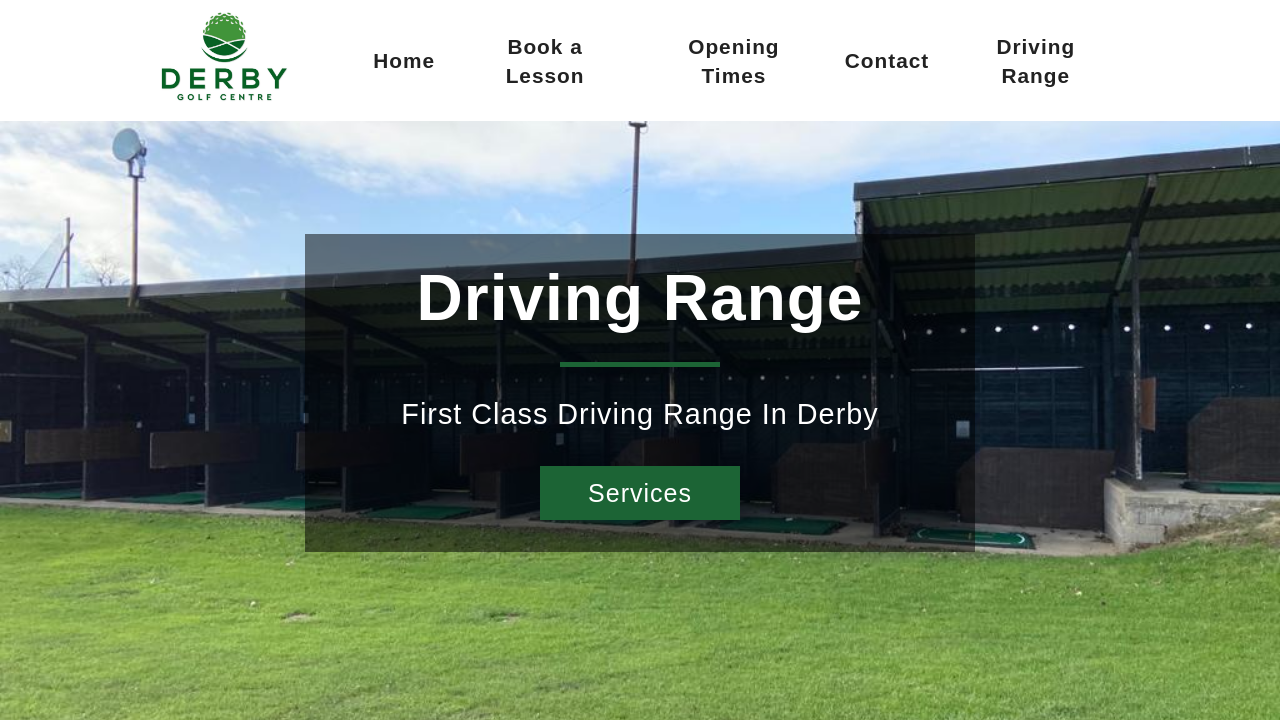
Repository: frankinstyyn/nigeljamesconsulting
Page: /
An editor plug-in stored every save of this project. The page is shown before and after the next save, followed by the edit.
The browser window is 1280 px wide. The pictures show the whole page.
Some web fonts or font styles are not loaded; a fallback is used. The project was rebuilt for these pictures with package versions that can differ from the ones it lists, and the page was loaded fresh each time. Also part of the build but not shown: src/pages/Rooms.js, src/pages/SingleRoom.js, src/pages/Error.js.

Above is the page before, as saved 2021-01-07 22:12:10.

### public/index.html
<!DOCTYPE html>
<html lang="en">
  <head>
    <meta charset="utf-8" />
    <link rel="icon" href="%PUBLIC_URL%/favicon.ico" />
    <meta name="viewport" content="width=device-width, initial-scale=1" />
    <meta name="theme-color" content="#000000" />
    <meta
      name="description"
      content="Web site created using create-react-app"
    />
    <link rel="apple-touch-icon" href="%PUBLIC_URL%/logo192.png" />
    <!--
      manifest.json provides metadata used when your web app is installed on a
      user's mobile device or desktop. See https://developers.google.com/web/fundamentals/web-app-manifest/
    -->
    <link rel="manifest" href="%PUBLIC_URL%/manifest.json" />
    <!--
      Notice the use of %PUBLIC_URL% in the tags above.
      It will be replaced with the URL of the `public` folder during the build.
      Only files inside the `public` folder can be referenced from the HTML.

      Unlike "/favicon.ico" or "favicon.ico", "%PUBLIC_URL%/favicon.ico" will
      work correctly both with client-side routing and a non-root public URL.
      Learn how to configure a non-root public URL by running `npm run build`.
    -->
    <title>Derby Golf Centre</title>
  </head>
  <body>
    <noscript>You need to enable JavaScript to run this app.</noscript>
    <div id="root"></div>
    <!--
      This HTML file is a template.
      If you open it directly in the browser, you will see an empty page.

      You can add webfonts, meta tags, or analytics to this file.
      The build step will place the bundled scripts into the <body> tag.

      To begin the development, run `npm start` or `yarn start`.
      To create a production bundle, use `npm run build` or `yarn build`.
    -->
  </body>
</html>

### src/index.js
import React from "react";
import ReactDOM from "react-dom";
import "./index.css";
import { BrowserRouter as Router } from "react-router-dom";
import App from "./App";
import reportWebVitals from "./reportWebVitals";

ReactDOM.render(
  <Router>
    <App />
  </Router>,
  document.getElementById("root")
);

// If you want to start measuring performance in your app, pass a function
// to log results (for example: reportWebVitals(console.log))
// or send to an analytics endpoint. Learn more: https://bit.ly/CRA-vitals
reportWebVitals();

### src/index.css
@import url("https://fonts.googleapis.com/css2?family=Darker+Grotesque:wght@300;800&display=swap");

body {
  margin: 0;
  font-family: -apple-system, BlinkMacSystemFont, "Segoe UI", "Roboto", "Oxygen",
    "Ubuntu", "Cantarell", "Fira Sans", "Droid Sans", "Helvetica Neue",
    sans-serif;
  -webkit-font-smoothing: antialiased;
  -moz-osx-font-smoothing: grayscale;
}

code {
  font-family: source-code-pro, Menlo, Monaco, Consolas, "Courier New",
    monospace;
}

### src/App.js
import "./App.css";
import Home from "./pages/Home";
import Rooms from "./pages/Rooms";
import SingleRoom from "./pages/SingleRoom";
import Error from "./pages/Error";

import { Route, Switch } from "react-router-dom";

import Navbar from "./components/Navbar";

function App() {
  return (
    <>
      <Navbar />
      <Switch>
        <Route exact path="/" component={Home} />
        <Route exact path="/rooms" component={Rooms} />
        <Route exact path="/rooms/:slug" component={SingleRoom} />
        <Route component={Error} />
      </Switch>
    </>
  );
}

export default App;

### src/App.css
* {
  margin: 0;
  padding: 0;
  box-sizing: border-box;
  font-family: "Darker Grotesque", sans-serif;
}
:root {
  --primaryColor: #1c6435;
  --mainWhite: #fff;
  --offWhite: #f7f7f7;
  --mainBlack: #222;
  --mainGrey: #ececec;
  --darkGrey: #cfcfcf;
  --mainTransition: all 0.3s linear;
  --mainSpacing: 1px;
  --lightShadow: 2px 5px 3px 0px rgba(0, 0, 0, 0.5);
  --darkShadow: 4px 10px 5px 0px rgba(0, 0, 0, 0.5);
}
/* globals */
body {
  padding-top: 66px;
  color: var(--mainBlack);
  background: var(--mainWhite);
  font-family: Verdana, Geneva, Tahoma, sans-serif;
  line-height: 1.4;
}
h1 {
  font-size: 3em;
  line-height: 1;
  margin-bottom: 0.5em;
}
h2 {
  font-size: 2em;
  margin-bottom: 0.75em;
}
h3 {
  font-size: 1.5em;
  line-height: 1;
  margin-bottom: 1em;
}
h4 {
  font-size: 1.2em;
  line-height: 1.25;
  margin-bottom: 1.25em;
}
h5 {
  font-size: 1em;
  font-weight: bold;
  margin-bottom: 1.5em;
}
h6 {
  font-size: 1em;
  font-weight: bold;
  margin-bottom: 1.5em;
}

.btn-primary {
  display: inline-block;
  text-decoration: none;
  letter-spacing: var(--mainSpacing);
  color: var(--mainWhite);
  background: var(--primaryColor);
  padding: 0.4rem 0.9rem;
  border: 3px solid var(--primaryColor);
  transition: var(--mainTransition);
  /* text-transform: uppercase; */
  cursor: pointer;
  width: 200px;
  font-size: 25px;
}
.btn-primary:hover {
  background: transparent;
  color: var(--primaryColor);
}
.loading {
  text-transform: capitalize;
  text-align: center;
  margin-top: 3rem;
}
.error {
  text-align: center;
  text-transform: uppercase;
  margin: 2rem 0;
}
.empty-search {
  text-align: center;
  text-transform: capitalize;
  margin: 2rem 0;
  padding: 1rem;
  letter-spacing: var(--mainSpacing);
}
/* end of globals */
/* Navbar */
.logo {
  height: 91px;
}
.navbar {
  position: fixed;
  top: 0;
  left: 0;
  width: 100%;
  padding: 0.75rem 2rem;
  background: var(--mainWhite);
  z-index: 1;
  display: inline-block;
  vertical-align: middle;
  text-align: center;
}
.nav-header {
  display: flex;
  justify-content: space-between;
}
.nav-btn {
  background: transparent;
  border: none;
  cursor: pointer;
  outline: none;
  color: red;
}
.nav-icon {
  font-size: 1.5rem;
  color: var(--primaryColor);
}
.nav-links {
  height: 0;
  overflow: hidden;
  transition: var(--mainTransition);
  list-style-type: none;
  align-items: center;
}
.nav-links a {
  display: block;
  text-decoration: none;
  padding: 1rem 0;
  color: var(--mainBlack);
  transition: var(--mainTransition);
  text-align: center;
  font-size: 1.3rem;
  font-weight: 600;
  letter-spacing: var(--mainSpacing);
}
.nav-links a:hover {
  color: var(--primaryColor);
}

.show-nav {
  height: 100px;
}
@media screen and (min-width: 768px) {
  .nav-btn {
    display: none;
  }
  .nav-center {
    max-width: 1170px;
    margin: 0 10%;
    display: flex;
  }
  .nav-links {
    height: auto;
    display: flex;
    margin-left: 4rem;
  }
  .nav-links a {
    margin: 0 1rem;
    padding: 0.5rem 0;
  }
}
/* end of navbar */
/* Hero */
.defaultHero,
.roomsHero {
  min-height: calc(100vh - 66px);
  background: url("./images/defaultBcg.jpeg") center/cover no-repeat;
  display: flex;
  align-items: center;
  justify-content: center;
}
.roomsHero {
  background-image: url("./images/room-2.jpeg");
  min-height: 60vh;
}
/* End of Hero */
/* Banner */
.banner {
  display: inline-block;
  background: rgba(0, 0, 0, 0.5);
  color: var(--mainWhite);
  padding: 2rem 1rem;
  text-align: center;
  text-transform: capitalize;
  letter-spacing: var(--mainSpacing);
}
.banner h1 {
  font-size: 2.5rem;
}
.banner div {
  width: 10rem;
  height: 5px;
  background: var(--primaryColor);
  margin: 1.7rem auto;
}
.banner p {
  font-size: 1.8rem;
  margin-bottom: 2rem;
}
@media screen and (min-width: 576px) {
  .banner {
    padding: 2rem 3rem;
  }
  .banner h1 {
    font-size: 3rem;
  }
}
@media screen and (min-width: 992px) {
  .banner {
    padding: 2rem 6rem;
  }
  .banner h1 {
    font-size: 4rem;
  }
}
/* End of Banner */
/* Title */
.section-title {
  text-align: center;
  margin-bottom: 4rem;
}
.section-title h4 {
  font-size: 2rem;
  letter-spacing: var(--mainSpacing);
  text-transform: capitalize;
  margin-bottom: 1rem;
}
.section-title div {
  width: 5rem;
  height: 5px;
  margin: 0 auto;
  background: var(--primaryColor);
}
/* end of Title */

/* services */
.services {
  padding: 5rem 0;
}
.services {
  background: var(--darkGrey);
  text-align: center;
}
.services-center {
  width: 90vw;
  margin: 0 auto;
  display: grid;
  grid-template-columns: repeat(auto-fit, minmax(255px, 1fr));
  grid-row-gap: 2rem;
  grid-column-gap: 50px;
}
.service span {
  display: inline-block;
  color: var(--primaryColor);
  font-size: 2.5rem;
  margin-bottom: 1.5rem;
}
.services h6 {
  letter-spacing: var(--mainSpacing);
}
.services p {
  width: 80%;
  margin: 0 auto;
}
@media screen and (min-width: 992px) {
  .services-center {
    width: 95vw;
    max-width: 1170px;
  }
}

@media screen and (min-width: 1200px) {
  .services p {
    width: 100%;
  }
}
/*end of services */
/* featured rooms */

.featured-rooms {
  padding: 5rem 0;
}
.featured-rooms-center {
  width: 80vw;
  margin: 0 auto;
  display: grid;
  grid-template-columns: repeat(auto-fit, minmax(270px, 1fr));
  grid-row-gap: 2rem;
  grid-column-gap: 40px;
}
@media screen and (min-width: 776px) {
  .featured-rooms-center {
    width: 90vw;
    grid-template-columns: repeat(auto-fit, minmax(330px, 1fr));
  }
}
@media screen and (min-width: 992px) {
  .featured-rooms-center {
    width: 95vw;
    max-width: 1170px;
  }
}
/* end pf featured rooms */
/* room */
.room {
  box-shadow: var(--lightShadow);
  transition: var(--mainTransition);
}
.room:hover {
  box-shadow: var(--darkShadow);
}

.img-container {
  position: relative;
}
.img-container img {
  width: 100%;
  display: block;
  transition: var(--mainTransition);
}
.price-top {
  position: absolute;
  top: 0;
  left: 0;
  background: rgba(0, 0, 0, 0.8);
  color: var(--mainWhite);
  padding: 0.3rem 0.6rem 0.5rem;
  border-bottom-right-radius: 1rem;
  font-size: 0.5rem;
  text-align: center;
  transition: var(--mainTransition);
}
.price-top h6 {
  margin-bottom: 0;
  font-size: 0.9rem;
  font-weight: 300;
  letter-spacing: var(--mainSpacing);
}
.room-link {
  position: absolute;
  top: 50%;
  left: 50%;
  transform: scale(0);
  transition: all 0.3s linear;
}
.img-container:hover {
  background: rgba(0, 0, 0, 0.8);
}
.img-container:hover img {
  opacity: 0.3;
}
.img-container:hover .price-top {
  opacity: 0;
}
.img-container:hover .room-link {
  transform: translate(-50%, -50%) scale(1);
}
.room-info {
  background: var(--darkGrey);
  text-transform: capitalize;
  padding: 0.5rem 0;
  text-align: center;
  font-weight: 700;
  letter-spacing: var(--mainSpacing);
}
/* end of room  */
/* single room*/

.single-room {
  padding: 5rem 0 0 0;
}
.single-room-images {
  width: 80vw;
  margin: 0 auto;
  display: grid;
  grid-template-columns: repeat(auto-fit, minmax(350px, 1fr));
  grid-row-gap: 2rem;
  grid-column-gap: 50px;
}
.single-room-images img {
  width: 100%;
  display: block;
}
.single-room-info {
  width: 80vw;
  display: grid;
  grid-template-columns: 1fr;
  margin: 2rem auto;
}
.desc,
.info {
  margin: 1rem 0;
}
.desc h3 {
  text-transform: capitalize;
  letter-spacing: var(--mainSpacing);
}
.desc p {
  line-height: 1.5;
}
.info h3,
.info h6 {
  text-transform: capitalize;
  letter-spacing: var(--mainSpacing);
}

.info h6 {
  font-weight: 300;
}
.room-extras {
  width: 80vw;
  margin: 0 auto 3rem auto;
}
.room-extras h6 {
  text-transform: capitalize;
  letter-spacing: var(--mainSpacing);
}
.extras {
  list-style-type: none;
  display: grid;
  grid-template-columns: repeat(auto-fit, minmax(330px, 1fr));
  grid-column-gap: 2rem;
  grid-row-gap: 1rem;
}
@media screen and (min-width: 992px) {
  .single-room-images,
  .single-room-info,
  .room-extras {
    width: 95vw;
    max-width: 1170px;
  }
  .single-room-info {
    display: grid;
    grid-template-columns: 1fr 1fr;
    grid-column-gap: 2rem;
  }
  .info {
    padding-left: 3rem;
  }
}
/* end of single room*/
/* roomlist */
.roomslist {
  padding: 5rem 0;
}
.roomslist-center {
  width: 80vw;
  margin: 0 auto;
  display: grid;
  grid-template-columns: repeat(auto-fill, minmax(270px, 1fr));
  grid-row-gap: 2rem;
  grid-column-gap: 30px;
}

@media screen and (min-width: 776px) {
  .roomslist-center {
    width: 90vw;
  }
}
@media screen and (min-width: 992px) {
  .roomslist-center {
    width: 95vw;
    max-width: 1170px;
  }
}
/* end of roomlist */
/*  rooms fitler*/
.filter-container {
  padding: 5rem 0;
}
.filter-form {
  width: 60vw;
  margin: 0 auto;
  display: grid;
  grid-template-columns: repeat(auto-fit, minmax(202px, 1fr));
  grid-row-gap: 2rem;
  grid-column-gap: 40px;
}
.form-group {
  text-transform: capitalize;
}
.form-group label {
  display: block;
  letter-spacing: var(--mainSpacing);
  margin-bottom: 0.5rem;
}
.form-control {
  width: 100%;
  background: transparent;
  font-size: 1rem;
}
.size-inputs {
  display: flex;
}
.size-input {
  width: 40%;
  padding: 0.2rem;
  border: 1px solid var(--mainBlack);
  border-radius: 0.3rem;
  margin-right: 0.3rem;
}
.single-extra label {
  display: inline-block;
  font-size: 0.8rem;
  margin-left: 0.5rem;
}
@media screen and (min-width: 776px) {
  .filter-form {
    width: 70vw;
  }
}
@media screen and (min-width: 992px) {
  .filter-form {
    width: 95vw;
    max-width: 1170px;
  }
}
/* end of rooms fitler*/

### src/pages/Home.js
import React from "react";
import Hero from "../components/Hero";
import Banner from "../components/Banner";
import { Link } from "react-router-dom";

export default function Home() {
  return (
    <Hero hero="defaultHero" >
    <Banner title="Driving Range" subtitle="First class Driving Range in Derby">
      <Link to="/rooms" className="btn-primary">
        Services
      </Link>
    </Banner>
  </Hero>
  )
}

### src/components/Navbar.js
import React, { Component } from "react";
import { IoGolf } from "react-icons/io5";
import logo from "../images/sdrlogo.jpeg";
import { FaAlignRight } from "react-icons/fa";
import { Link } from "react-router-dom";

export default class Navbar extends Component {
  state = {
    isOpen: false,
  }
  handleToggle = () => {
    this.setState({ isOpen: !this.state.isOpen });
  }
  render() {
    return <nav className="navbar">
      <div class="nav-center">
        <div class="nav-header">
          <Link to="/">
            <img className="logo" src={logo} alt="Derby Golf Centre" />
          </Link>
          <button type="button" className="nav-btn" onClick={this.handleToggle}>
            <FaAlignRight className="nav-icon" />
          </button>
        </div>
        <ul className={this.state.isOpen ? "nav-links show-nav" : "nav-links"}>
          <li>
            <Link to="/">Home</Link>
          </li>
          <li>
            <Link to="/lesson">Book a Lesson</Link>
          </li>
          <li>
            <Link to="/opening-times">Opening Times</Link>
          </li>
          <li>
            <Link to="/contact">Contact</Link>
          </li>
          <li>
            <Link to="/driving-range">Driving Range</Link>
          </li>
        </ul>
      </div>
    </nav>;
  }
}

### src/components/Hero.js
import React from 'react'

export default function Hero({children, hero}) {
    return (
        <header className={hero}>{children}</header>
    )
}

### src/components/Banner.js
import React from 'react'

export default function Banner({children,title,subtitle}) {
    return (
        <div className="banner">
            <h1>{title}</h1>
            <div></div>
            <p>{subtitle}</p>
            {children}
        </div>
    )
}

Loaded but not shown: src/reportWebVitals.js (common file)

After the next save:
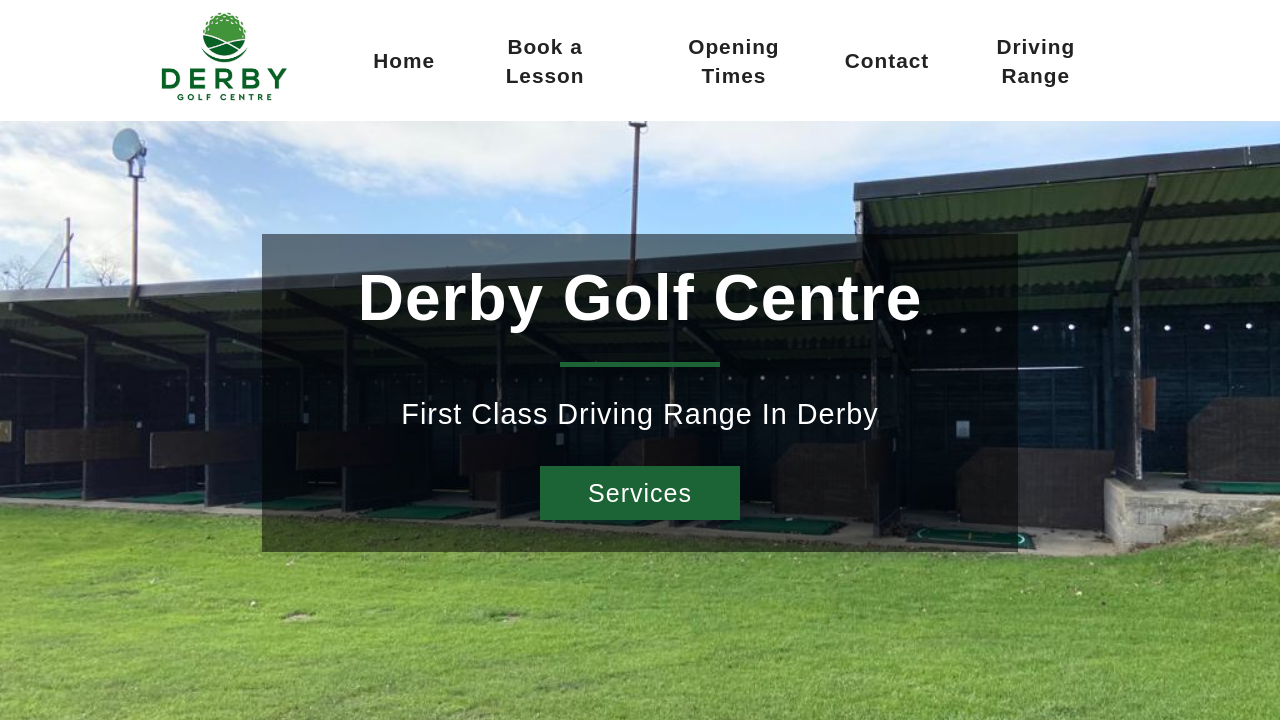
Saved 18 s later.
--- a/src/pages/Home.js
+++ b/src/pages/Home.js
@@ -6,7 +6,7 @@
 export default function Home() {
   return (
     <Hero hero="defaultHero" >
-    <Banner title="Driving Range" subtitle="First class Driving Range in Derby">
+    <Banner title="Derby Golf Centre" subtitle="First class Driving Range in Derby">
       <Link to="/rooms" className="btn-primary">
         Services
       </Link>
